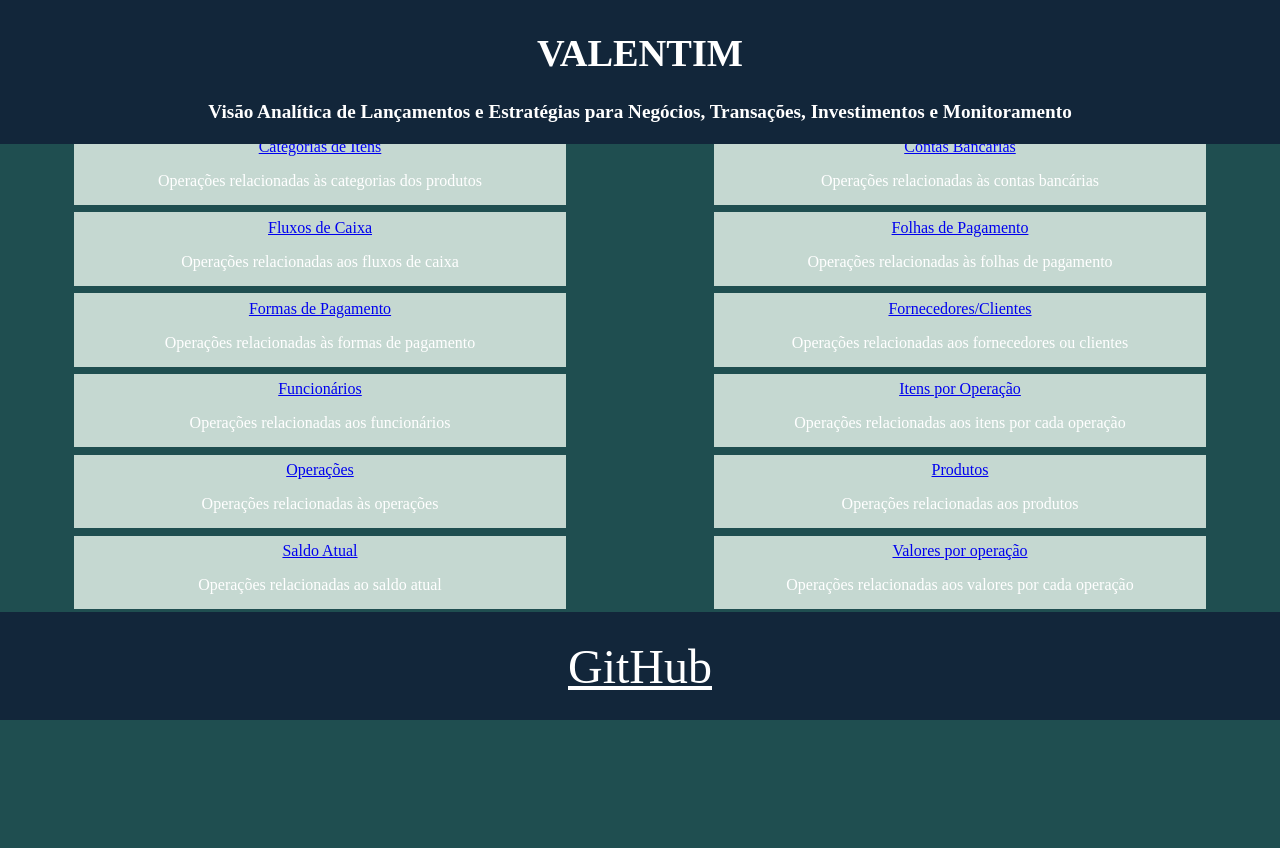
Repository: Matheus-Lacerda009/ERP-Financeiro
Page: Front/menu/menu.html
The author's editor kept a copy of each file at every save. The page is drawn from the files as they stood at one save, then again after the next save.
The browser window is 1280 px wide. The pictures show the whole page.

Above is the page before, as saved 2026-07-13 19:09:09.

### Front/menu/menu.html
<!DOCTYPE html>
<html lang="en">
<head>
    <meta charset="UTF-8">
    <meta name="viewport" content="wclassth=device-wclassth, initial-scale=1.0">
    <link rel="stylesheet" href="menu.css">
    <title>Document</title>
</head>
<body>
    <header>
        <h1>VALENTIM</h1>
        <h2>Visão Analítica de Lançamentos e Estratégias para Negócios, Transações, Investimentos e Monitoramento</h2>
    </header>
    <main>
        <div id="espaço"></div>
        <div class="container">
            <div class="divEntidades">
                <a href="../categoria_item/categoria_item.html">Categorias de Itens</a>
                <p>Operações relacionadas às categorias dos produtos</p>
            </div>
            <div class="divEntidades">
                <a href="../conta_bancaria/conta_bancaria.html">Contas Bancárias</a>
                <p>Operações relacionadas às contas bancárias</p>
            </div>
            <div class="divEntidades">
                <a href="../fluxo_caixa/fluxo_caixa.html">Fluxos de Caixa</a>
                <p>Operações relacionadas aos fluxos de caixa</p>
            </div>
            <div class="divEntidades">
                <a href="../folha_pagamento/folha_pagamento.html">Folhas de Pagamento</a>
                <p>Operações relacionadas às folhas de pagamento</p>
            </div>
            <div class="divEntidades">
                <a href="../forma_pagamento/forma_pagamento.html">Formas de Pagamento</a>
                <p>Operações relacionadas às formas de pagamento</p>
            </div>
            <div class="divEntidades">
                <a href="../fornecedor_cliente/fornecedor_cliente.html">Fornecedores/Clientes</a>
                <p>Operações relacionadas aos fornecedores ou clientes</p>
            </div>
            <div class="divEntidades">
                <a href="../funcionario/funcionario.html">Funcionários</a>
                <p>Operações relacionadas aos funcionários</p>
            </div>
            <div class="divEntidades">
                <a href="../itens_operacao/itens_operacao.html">Itens por Operação</a>
                <p>Operações relacionadas aos itens por cada operação</p>
            </div>
            <div class="divEntidades">
                <a href="../operacao/operacao.html">Operações</a>
                <p>Operações relacionadas às operações</p>
            </div>
            <div class="divEntidades">
                <a href="../produtos/produtos.html">Produtos</a>
                <p>Operações relacionadas aos produtos</p>
            </div>
            <div class="divEntidades">
                <a href="../saldoAtual/saldoAtual.html">Saldo Atual</a>
                <p>Operações relacionadas ao saldo atual</p>
            </div>
            <div class="divEntidades">
                <a href="../valor_pVenda/valor_pVenda.html">Valores por operação</a>
                <p>Operações relacionadas aos valores por cada operação</p>
            </div>
            <div class="divEntidades">
                <a href="../valor_salario/valor_salario.html">Salários</a>
                <p>Operações relacionadas aos salários</p>
            </div>
            <div class="divEntidades">
                <a href="../notaFiscal/nota_fiscal.html">Notas Fiscais</a>
                <p>Operações relacionadas às notas fiscais</p>
            </div>
        </div>
    </main>
    <footer>
        <a href="https://github.com/Matheus-Lacerda009/ERP-Financeiro.git" id="github">GitHub</a>
    </footer>
</body>
</html>

### Front/menu/menu.css
body{
    overflow: hidden;
}
header{
    position: fixed;
    top: 0;
    left: 0;
    width: 100%;
    height: 20%;
    background-color: #12263A;
    z-index: 1;
    text-align: center;
    align-content: center;
}

footer{
    position: fixed;
    bottom: 0;
    left: 0;
    width: 100%;
    height: 15%;
    background-color: #12263A;
    text-align: center;
    align-content: center;
}

#github{
    color: white;
    font-size: 300%;
}

header, h1{
    font-size: 300%;
    color: white;
    font-size: 3vw;
}

header, h2{
    color: white;
    font-size: 1.5vw;
}

body{
    margin: 0;
    padding: 0;
    background-color: #1f4e50;
}

.container{
    height: 100vh;
    width: 100%;
    margin-top: 10%;
    box-sizing: border-box;
    display: grid;
    grid-template-columns: repeat(2, 7fr);
    align-content: start;
}

.divEntidades{
    height: 75%;
    width: 75%;
    background-color: #C5D8D1;
    text-align: center;
    padding: 1%;
    margin: auto;
}

p{
    color: white;
}

After the next save:
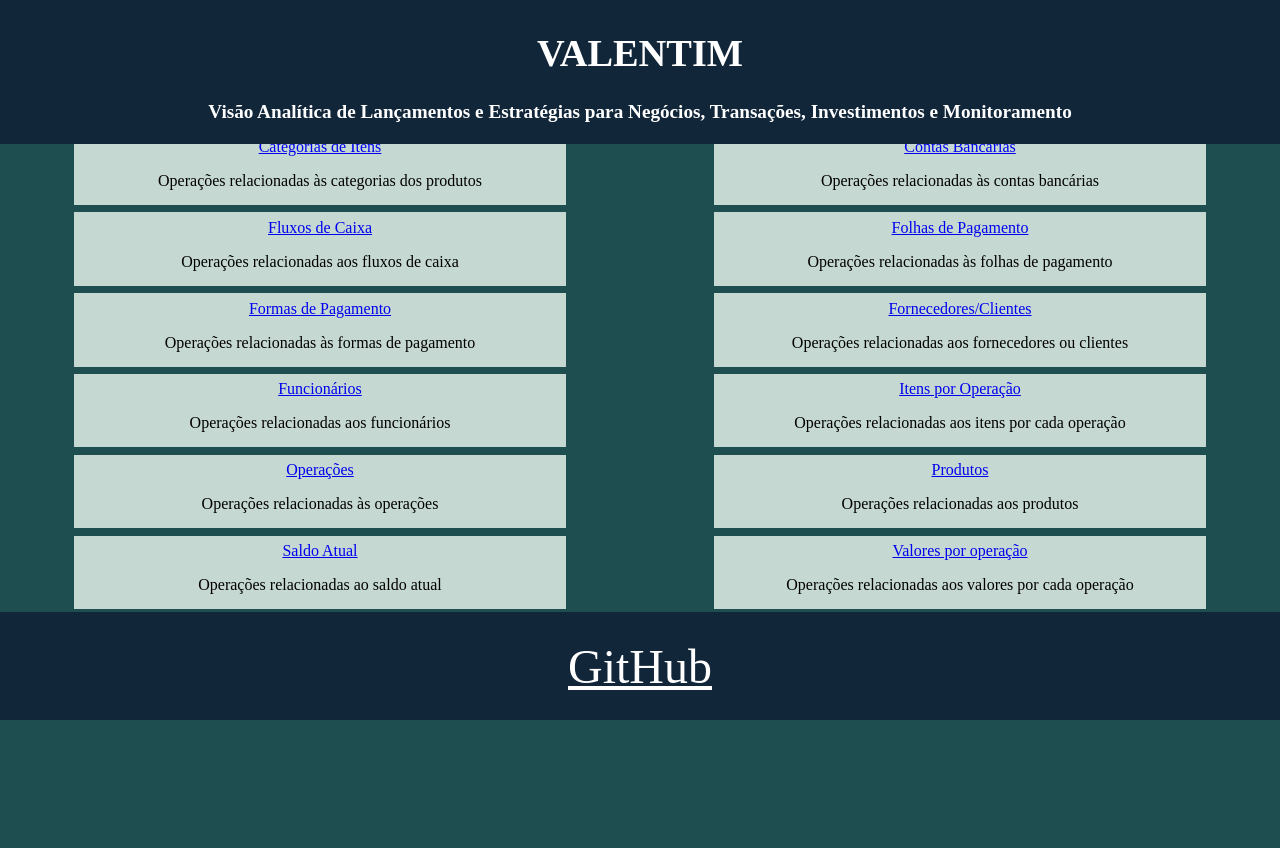
Saved 5 s later.
--- a/Front/menu/menu.css
+++ b/Front/menu/menu.css
@@ -66,5 +66,5 @@ body{
 }
 
 p{
-    color: white;
+    color: black;
 }
